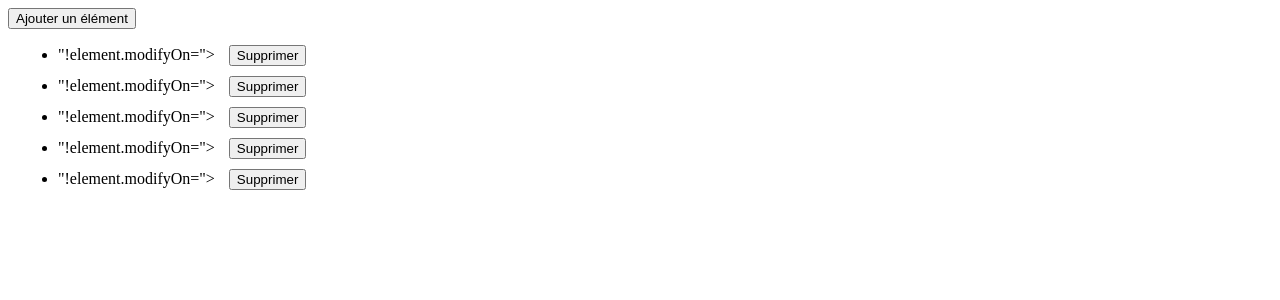
Repository: arione15/Livre_Serrion-Vue.js
Page: index.html
These files come from the project's save history. The page is drawn as it stood at one moment and after a run of saves; the edit follows.
The browser window is 1280 px wide. The pictures show the whole page.

Above is the page before, as saved 2021-09-08 12:51:46.

### index.html
<!DOCTYPE html>
<html lang="en">

<head>
    <meta charset="UTF-8">
    <meta http-equiv="X-UA-Compatible" content="IE=edge">
    <meta name="viewport" content="width=device-width, initial-scale=1.0">
    <title>Liste</title>
    <script src="https://cdn.jsdelivr.net/npm/vue/dist/vue.js"></script>
</head>

<body>

    <div id="root"></div>

</body>

<script>
    const vm = new Vue({
        el: "div#root",
        template: `
            <div>
                <button v-on:click="ajouter()">Ajouter un élément</button>
                <ul>
                    <li v-for="(element, index) of elements" style="margin:10px">
                        <span v-if"!element.modifyOn=">
                            <input
                            {{element.text}}</span>
                    <button v-on:click="supprimer(index)" style="margin-left:10px">Supprimer</button>
                </li>
                </ul>
                <span v-if="elements.length === 0">La liste est vide !!</span>
            </div>
        `,
        data: {
            elements: [
                { text: "Elément 1", modifyOn: false },
                { text: "Elément 2", modifyOn: false },
                { text: "Elément 3", modifyOn: false },
                { text: "Elément 4", modifyOn: false },
                { text: "Elément 5", modifyOn: false },
            ]
        },
        methods: {
            supprimer(index){
                this.elements = this.elements.filter(function cb(elt,i){
                    if(index===i) return false;
                    else return true;
                })
            },
            ajouter(){
                const length = this.elements.length + 1;
                const element = { text: `Elément ` + length, modifyOn: false };
                this.elements.push(element);
            },
            modifier(index, event){
                this.elements[index].modifyOn = truse;
            }



        }
    })
</script>

</html>

After the next 2 saves:
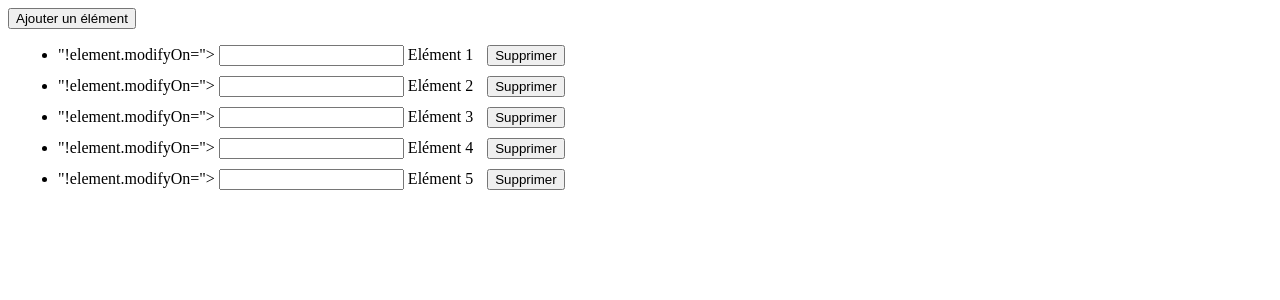
The 2 saves are shown as one change because they came seconds apart.
The last was saved 9 s later.
--- a/index.html
+++ b/index.html
@@ -24,7 +24,7 @@
                 <ul>
                     <li v-for="(element, index) of elements" style="margin:10px">
                         <span v-if"!element.modifyOn=">
-                            <input
+                            <input >
                             {{element.text}}</span>
                     <button v-on:click="supprimer(index)" style="margin-left:10px">Supprimer</button>
                 </li>
